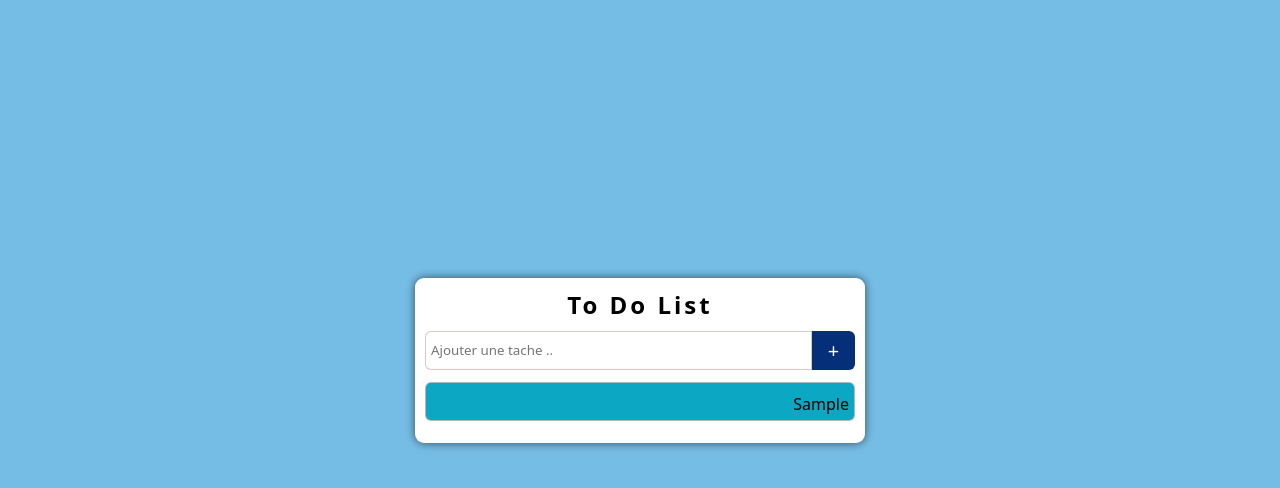
Repository: beva3/javaScrypt
Page: to-do-liste/index.html
An editor plug-in stored every save of this project. The page is shown before and after the next save, followed by the edit.
The browser window is 1280 px wide. The pictures show the whole page.
Empty fields were first filled with sample values (such as "Sample", 5 or name@example.com).
After loading, the first visible `#addTodo` was clicked once.

Above is the page before, as saved 2024-05-08 21:25:19.

After the next save:
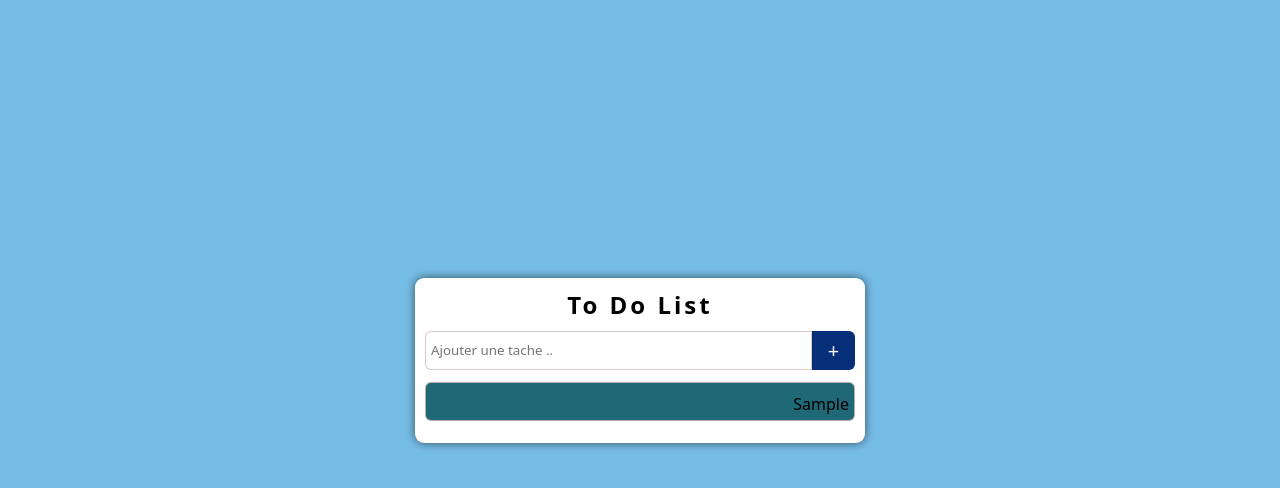
Saved 29 s later.
--- a/to-do-liste/style.css
+++ b/to-do-liste/style.css
@@ -52,7 +52,7 @@ h1{
     padding: 10px 5px;
     height: 39px;
     border: 1px solid rgba(214, 186, 186, 0.822);
-    background-color: rgb(12, 167, 194);
+    background-color: rgb(31, 104, 117);
     border-radius: 6px;
     margin: 12px 0;
     text-align: right;
